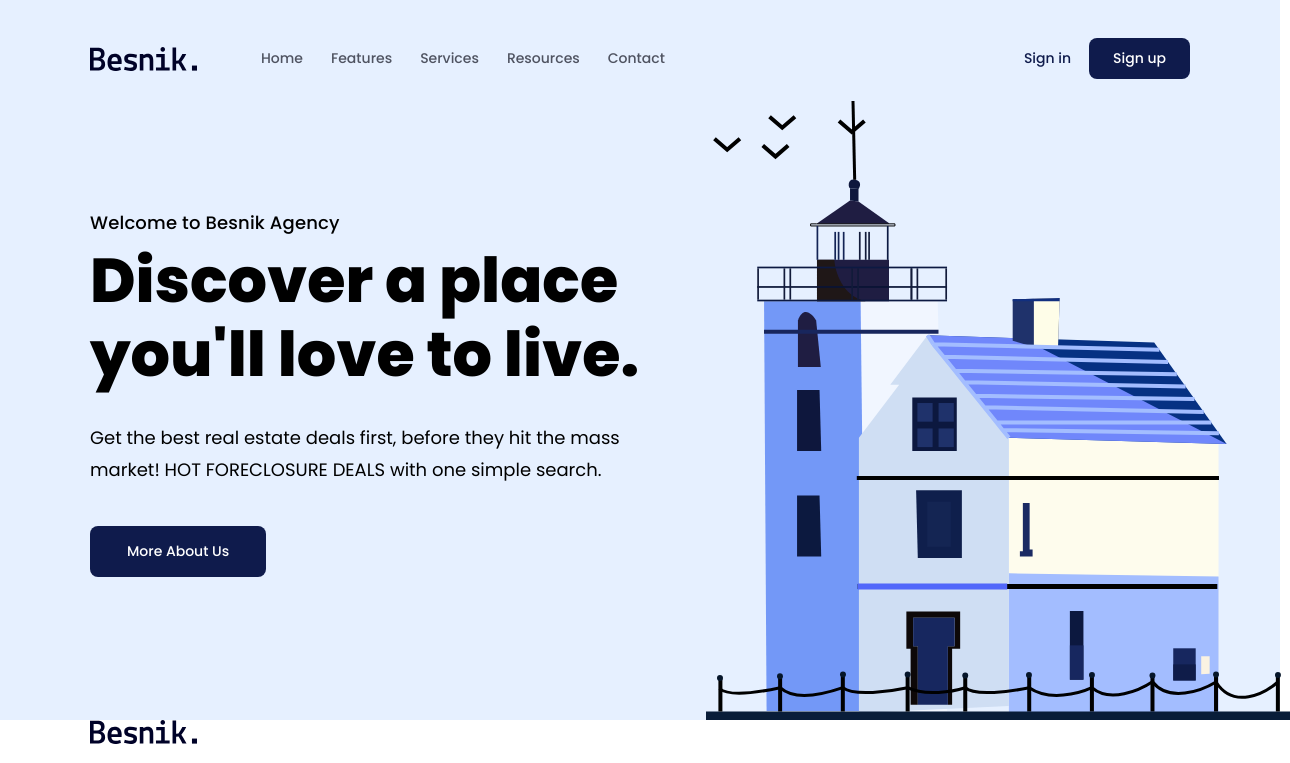
Repository: ducvui2003/f8-project-01
Page: index.html
An editor plug-in stored every save of this project. The page is shown before and after the next save, followed by the edit.
The browser window is 1280 px wide. The page is 1290 px wide, so the pictures cover 1290 px, including what lies to the right of the window. The pictures show the whole page.

Above is the page before, as saved 2023-06-16 19:58:51.

### index.html
<!DOCTYPE html>
<html lang="en">

<head>
    <meta charset="UTF-8">
    <meta name="viewport" content="width=device-width, initial-scale=1.0">
    <title>f8-procject-01</title>

    <link rel="stylesheet" href="./asset/css/reset.css">
    <link rel="stylesheet" href="./asset/font/stylesheet.css">
    <link rel="stylesheet" href="./asset/css/styles.css">
</head>

<body>
    <main>
        <!-- Header -->
        <header class="header">
            <div class="content">
                <!--  -->
                <nav class="nav">
                    <!-- Logo -->
                    <img src="./asset/img/logo.svg" alt="">

                    <!-- Navigation -->
                    <ul>
                        <li><a href="">Home</a></li>
                        <li><a href="">Features</a></li>
                        <li><a href="">Services</a></li>
                        <li><a href="">Resources</a></li>
                        <li><a href="">Contact</a></li>
                    </ul>

                    <!-- Action -->
                    <div class="actions">
                        <a href="#!" class="action-link">Sign in</a>
                        <a href="#!" class="btn action-btn">Sign up</a>
                    </div>
                </nav>
                <div class="hero">
                    <div class="info">
                        <p class="sub-title">Welcome to Besnik Agency</p>
                        <h1 class="title">Discover a place
                            you'll love to live.</h1>
                        <p class="desc">Get the best real estate deals first,
                            before they hit the mass market! HOT FORECLOSURE DEALS with one simple
                            search.</p>
                        <!-- cta = call to action -->
                        <a href="#!" class="btn hero-cta">More About Us</a>
                    </div>
                    <img src="./asset/img/hero-img.svg" alt="Discover a place
                    you'll love to live." class="hero-img">
                </div>
            </div>
        </header>

        <!-- Clients -->
        <div class="clients">
            <div class="content">
                <div class="row">
                    <img src="./asset/img/logo.svg" alt="" class="logo">
                    <div class="stars">
                        <img src="" alt=""><img src="" alt=""><img src="" alt=""><img src=""
                            alt=""><img src="" alt="">
                    </div>
                </div>
            </div>
        </div>
    </main>
</body>

</main>

</html>

### asset/font/stylesheet.css
/* =======Poppins font=========== */
@font-face {
  font-family: "Poppins";
  src: url("Poppins/Poppins-Black.woff2") format("woff2"),
    url("Poppins/Poppins-Black.woff") format("woff");
  font-weight: 900;
  font-style: normal;
  font-display: swap;
}

@font-face {
  font-family: "Poppins";
  src: url("Poppins/Poppins-BlackItalic.woff2") format("woff2"),
    url("Poppins/Poppins-BlackItalic.woff") format("woff");
  font-weight: 900;
  font-style: italic;
  font-display: swap;
}

@font-face {
  font-family: "Poppins";
  src: url("Poppins/Poppins-Bold.woff2") format("woff2"),
    url("Poppins/Poppins-Bold.woff") format("woff");
  font-weight: bold;
  font-style: normal;
  font-display: swap;
}

@font-face {
  font-family: "Poppins";
  src: url("Poppins/Poppins-BoldItalic.woff2") format("woff2"),
    url("Poppins/Poppins-BoldItalic.woff") format("woff");
  font-weight: bold;
  font-style: italic;
  font-display: swap;
}

@font-face {
  font-family: "Poppins";
  src: url("Poppins/Poppins-ExtraBold.woff2") format("woff2"),
    url("Poppins/Poppins-ExtraBold.woff") format("woff");
  font-weight: bold;
  font-style: normal;
  font-display: swap;
}

@font-face {
  font-family: "Poppins";
  src: url("Poppins/Poppins-ExtraBoldItalic.woff2") format("woff2"),
    url("Poppins/Poppins-ExtraBoldItalic.woff") format("woff");
  font-weight: bold;
  font-style: italic;
  font-display: swap;
}

@font-face {
  font-family: "Poppins";
  src: url("Poppins/Poppins-ExtraLight.woff2") format("woff2"),
    url("Poppins/Poppins-ExtraLight.woff") format("woff");
  font-weight: 200;
  font-style: normal;
  font-display: swap;
}

@font-face {
  font-family: "Poppins";
  src: url("Poppins/Poppins-ExtraLightItalic.woff2") format("woff2"),
    url("Poppins/Poppins-ExtraLightItalic.woff") format("woff");
  font-weight: 200;
  font-style: italic;
  font-display: swap;
}

@font-face {
  font-family: "Poppins";
  src: url("Poppins/Poppins-Italic.woff2") format("woff2"),
    url("Poppins/Poppins-Italic.woff") format("woff");
  font-weight: normal;
  font-style: italic;
  font-display: swap;
}

@font-face {
  font-family: "Poppins";
  src: url("Poppins/Poppins-Light.woff2") format("woff2"),
    url("Poppins/Poppins-Light.woff") format("woff");
  font-weight: 300;
  font-style: normal;
  font-display: swap;
}

@font-face {
  font-family: "Poppins";
  src: url("Poppins/Poppins-LightItalic.woff2") format("woff2"),
    url("Poppins/Poppins-LightItalic.woff") format("woff");
  font-weight: 300;
  font-style: italic;
  font-display: swap;
}

@font-face {
  font-family: "Poppins";
  src: url("Poppins/Poppins-Medium.woff2") format("woff2"),
    url("Poppins/Poppins-Medium.woff") format("woff");
  font-weight: 500;
  font-style: normal;
  font-display: swap;
}

@font-face {
  font-family: "Poppins";
  src: url("Poppins/Poppins-MediumItalic.woff2") format("woff2"),
    url("Poppins/Poppins-MediumItalic.woff") format("woff");
  font-weight: 500;
  font-style: italic;
  font-display: swap;
}

@font-face {
  font-family: "Poppins";
  src: url("Poppins/Poppins-SemiBold.woff2") format("woff2"),
    url("Poppins/Poppins-SemiBold.woff") format("woff");
  font-weight: 600;
  font-style: normal;
  font-display: swap;
}

@font-face {
  font-family: "Poppins";
  src: url("Poppins/Poppins-Regular.woff2") format("woff2"),
    url("Poppins/Poppins-Regular.woff") format("woff");
  font-weight: normal;
  font-style: normal;
  font-display: swap;
}

@font-face {
  font-family: "Poppins";
  src: url("Poppins/Poppins-SemiBoldItalic.woff2") format("woff2"),
    url("Poppins/Poppins-SemiBoldItalic.woff") format("woff");
  font-weight: 600;
  font-style: italic;
  font-display: swap;
}

@font-face {
  font-family: "Poppins";
  src: url("Poppins/Poppins-Thin.woff2") format("woff2"),
    url("Poppins/Poppins-Thin.woff") format("woff");
  font-weight: 100;
  font-style: normal;
  font-display: swap;
}

@font-face {
  font-family: "Poppins";
  src: url("Poppins/Poppins-ThinItalic.woff2") format("woff2"),
    url("Poppins/Poppins-ThinItalic.woff") format("woff");
  font-weight: 100;
  font-style: italic;
  font-display: swap;
}

### asset/css/styles.css
* {
  box-sizing: border-box;
}
html {
  font-size: 62.5%;
}
body {
  font-size: 1.6rem;
  font-family: "Poppins";
}
:root {
  --primary-color: #0f1b4c;
}
/* Common */
a {
  text-decoration: none;
}
.content {
  width: 1100px;
  max-width: calc(100% - 48px);
  margin-left: auto;
  margin-right: auto;
}

.btn {
  min-width: 98px;
  background-color: var(--primary-color);
  border-radius: 0.8rem;
  padding: 10px 24px;
  color: white;
  font-style: normal;
  font-weight: 500;
  font-size: 1.4rem;
  line-height: 2.1rem;
  display: inline-block;
}
.btn:hover {
  opacity: 0.9;
}
/* Header */
.header {
  height: 100vh;
  background-color: #e6f0ff;
  position: relative;
}

.header .nav {
  display: flex;
  align-items: center;
  padding-top: 38px;
}
.header .nav ul {
  margin-left: 50px;
  margin-right: auto;

  display: flex;
  justify-content: space-between;
}

.header .nav ul a {
  color: #4f5361;
  padding: 8px 14px;
  /* Padding in tag inline block  */
}
.header .nav ul a:hover {
  text-decoration: underline;
}
.header .nav a {
  font-weight: 500;
  font-size: 1.4rem;
  line-height: 2.1rem;
}
.header .nav .actions {
  display: flex;
  justify-content: center;
  align-items: center;
  gap: 1.8rem;
}
.header .nav .action-link {
  color: var(--primary-color);
}
.hero {
  margin-top: 130px;
}
.hero .info {
  width: 51%;
}
.hero .sub-title {
  font-style: normal;
  font-weight: 500;
  font-size: 1.8rem;
  line-height: 1.5;
  letter-spacing: 0.01em;
}

.hero .title {
  font-style: normal;
  font-weight: 700;
  font-size: 6.2rem;
  line-height: 1.19;
  margin-top: 8px;
  margin-bottom: 30px;
}
.hero .desc {
  font-style: normal;
  font-weight: 400;
  font-size: 1.8rem;
  line-height: 1.78;
}
.hero-cta {
  margin-top: 40px;
  padding: 15px 37px;
  min-width: 170px;
}
.hero-img {
  position: absolute;
  right: calc((100vw - 1100px) / 2 - 100px);
  bottom: 0;
}

Loaded but not shown: asset/css/reset.css (common file)

After the next save:
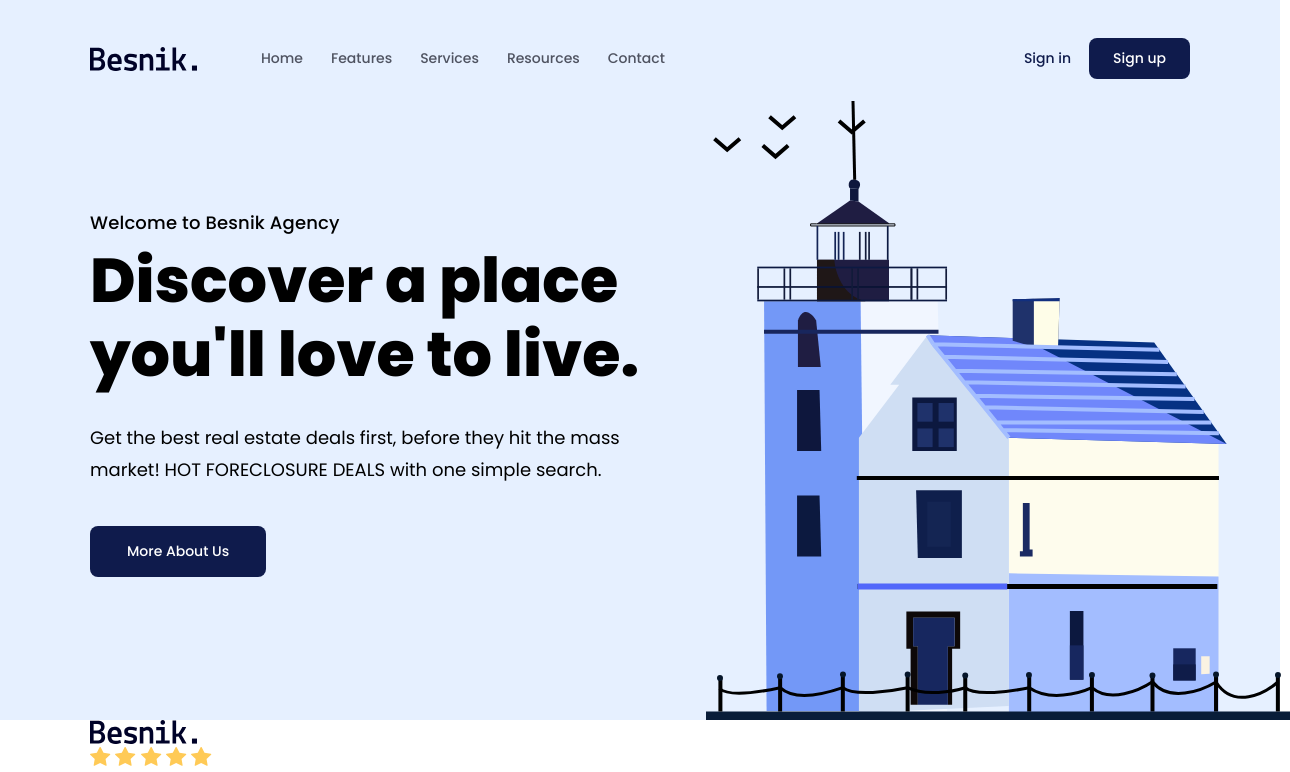
Saved 43 s later.
--- a/index.html
+++ b/index.html
@@ -59,8 +59,11 @@
                 <div class="row">
                     <img src="./asset/img/logo.svg" alt="" class="logo">
                     <div class="stars">
-                        <img src="" alt=""><img src="" alt=""><img src="" alt=""><img src=""
-                            alt=""><img src="" alt="">
+                        <img src="./asset/img/star.svg" alt="">
+                        <img src="./asset/img/star.svg" alt="">
+                        <img src="./asset/img/star.svg" alt="">
+                        <img src="./asset/img/star.svg" alt="">
+                        <img src="./asset/img/star.svg" alt="">
                     </div>
                 </div>
             </div>
